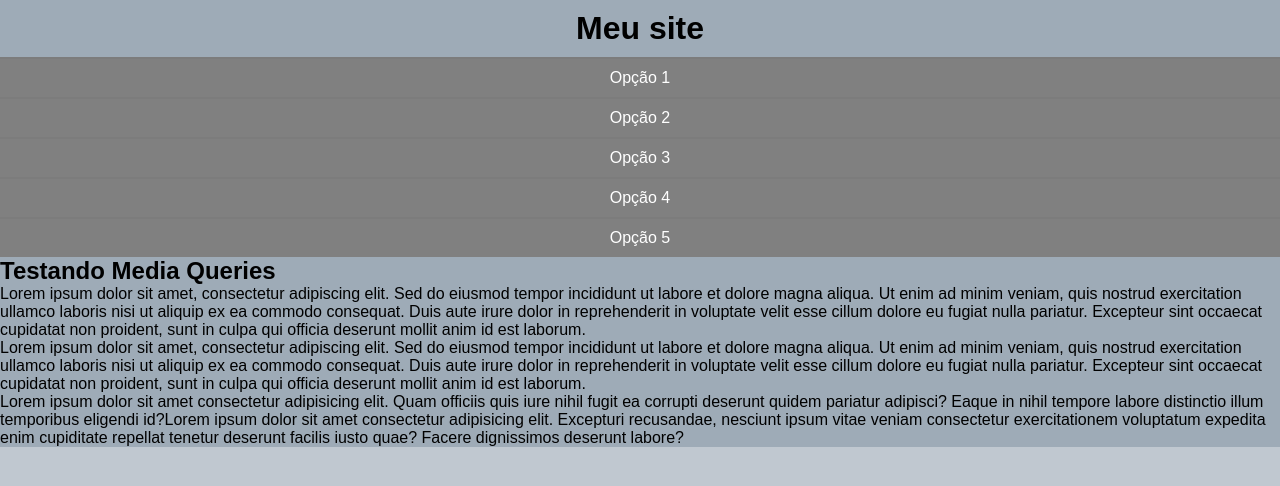
Repository: Sandro1969-tech/menu-hamburger
Page: index.html
The author's editor kept a copy of each file at every save. The page is drawn from the files as they stood at one save, then again after the next save.
The browser window is 1280 px wide. The pictures show the whole page.

Above is the page before, as saved 2025-12-25 18:09:57.

### index.html
<!DOCTYPE html>
<html lang="pt-br">
<head>
    <meta charset="UTF-8">
    <meta name="viewport" content="width=device-width, initial-scale=1.0">
    <title>Media Queries</title>
    <link rel="stylesheet" href="style.css">
</head>
<body>
  <header>
    <main>
            <h1>Meu site</h1>
            <menu>
                <ul>
                    <li><a href="#">Opção 1</a></li>
                    <li><a href="#">Opção 2</a></li>
                    <li><a href="#">Opção 3</a></li>
                    <li><a href="#">Opção 4</a></li>
                    <li><a href="#">Opção 5</a></li>
                </ul>
            </menu>
                <article>
                    <h2>Testando Media Queries</h2>
                    <p>Lorem ipsum dolor sit amet, consectetur adipiscing elit. Sed do eiusmod tempor incididunt ut labore et dolore magna aliqua. Ut enim ad minim veniam, quis nostrud exercitation ullamco laboris nisi ut aliquip ex ea commodo consequat. Duis aute irure dolor in reprehenderit in voluptate velit esse cillum dolore eu fugiat nulla pariatur. Excepteur sint occaecat cupidatat non proident, sunt in culpa qui officia deserunt mollit anim id est laborum.</p>
                    <p>Lorem ipsum dolor sit amet, consectetur adipiscing elit. Sed do eiusmod tempor incididunt ut labore et dolore magna aliqua. Ut enim ad minim veniam, quis nostrud exercitation ullamco laboris nisi ut aliquip ex ea commodo consequat. Duis aute irure dolor in reprehenderit in voluptate velit esse cillum dolore eu fugiat nulla pariatur. Excepteur sint occaecat cupidatat non proident, sunt in culpa qui officia deserunt mollit anim id est laborum.</p>
                    <p> Lorem ipsum dolor sit amet consectetur adipisicing elit. Quam officiis quis iure nihil fugit ea corrupti deserunt quidem pariatur adipisci? Eaque in nihil tempore labore distinctio illum temporibus eligendi id?Lorem ipsum dolor sit amet consectetur adipisicing elit. Excepturi recusandae, nesciunt ipsum vitae veniam consectetur exercitationem voluptatum expedita enim cupiditate repellat tenetur deserunt facilis iusto quae? Facere dignissimos deserunt labore?</p>
                </article>
    </main>
  </header>
</body>
</html>

### style.css
@charset "UTF-8";

* {
    font-family: Arial, Helvetica, sans-serif;
    margin: 0px;
    padding: 0px;
}

body {
    background-color:
    rgba(119, 136, 153, 0.459);
}
header {
    background-color:rgba(119, 136, 153, 0.459);
;
}

h1 {
padding: 10px;
text-align: center;
}

menu {
    display: block;
}
menu > ul {
    list-style-type: none;
}
menu a {
    display: block;
    padding: 10px;
    text-decoration: none;
    background-color: grey;
    text-align: center;
    color: white;
    border-top: 2px solid rgba(0, 0, 0, 0.034);
}

After the next save:
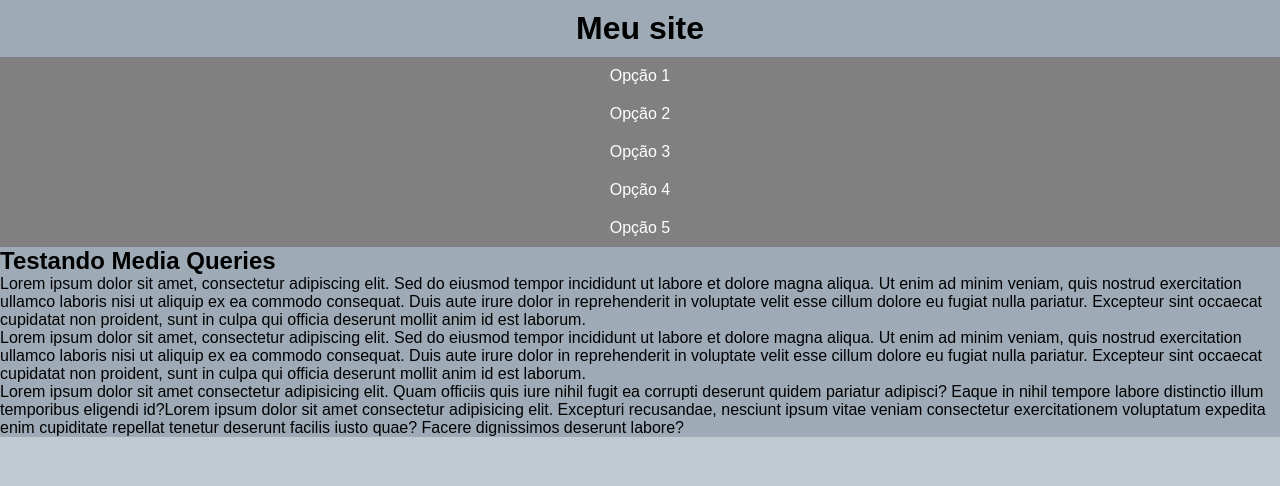
Saved 8 s later.
--- a/style.css
+++ b/style.css
@@ -33,5 +33,5 @@
     background-color: grey;
     text-align: center;
     color: white;
-    border-top: 2px solid rgba(0, 0, 0, 0.034);
+    border-top: 2px  rgba(0, 0, 0, 0.034);
 }

After the 6 saves that followed:
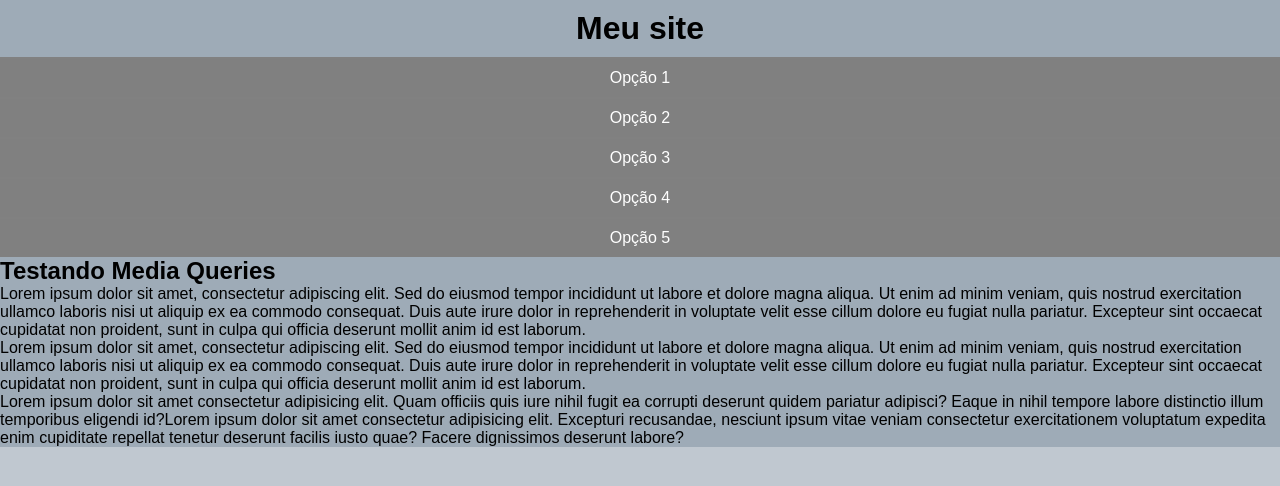
The 6 saves are shown as one change because 2 left the picture as it was and some came seconds apart.
The last was saved 36 s later.
--- a/style.css
+++ b/style.css
@@ -33,5 +33,5 @@
     background-color: grey;
     text-align: center;
     color: white;
-    border-top: 2px  rgba(0, 0, 0, 0.034);
+    border-top: 2px solid rgba(128, 128, 128, 0.151);
 }
